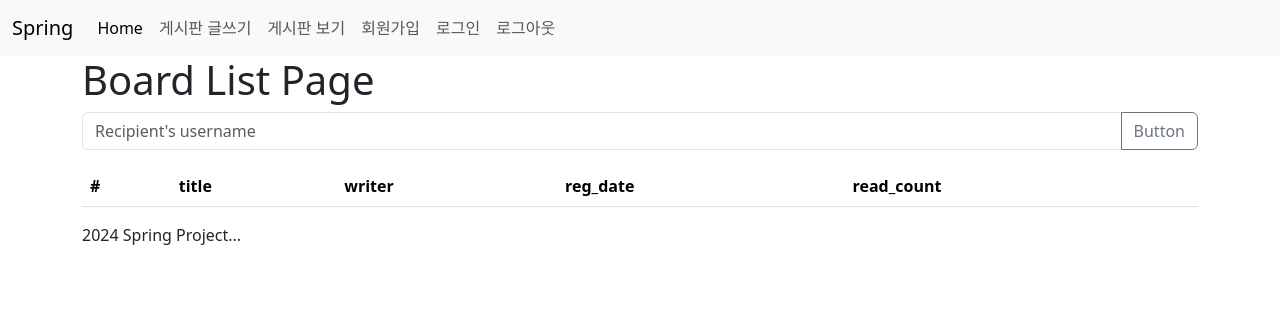
Repository: dhalfks/springTest240430
Page: http://localhost/spring_study/WEB-INF/views/board/list.jsp
The author's editor kept a copy of each file at every save. The page is drawn from the files as they stood at one save, then again after the next save.
The browser window is 1280 px wide. The pictures show the whole page.
The page is served by Tomcat 9. Nobody is signed in. The template is opened directly, without the code that normally fills it, so the values that code supplies are empty.

Above is the page before, as saved 2024-04-24 08:10:59.

### spring_study/src/main/webapp/WEB-INF/views/board/list.jsp
<%@ page language="java" contentType="text/html; charset=UTF-8"
    pageEncoding="UTF-8"%>
    <%@ taglib uri="http://java.sun.com/jsp/jstl/core" prefix="c"%>

<jsp:include page="../layout/header.jsp" />
<div class="container-md">
	<h1>Board List Page</h1>
	<!-- 검색라인 -->
	<form action="">
		<div class="input-group mb-3">
		  <input type="text" class="form-control" placeholder="Recipient's username" aria-label="Recipient's username" aria-describedby="button-addon2">
		  <button class="btn btn-outline-secondary" type="button" id="button-addon2">Button</button>
		</div>
	</form>

	<table class="table table-hover">
		<thead>
			<tr>
				<th>#</th>
				<th>title</th>
				<th>writer</th>
				<th>reg_date</th>
				<th>read_count</th>
			</tr>
		</thead>
		<tbody>
			<c:forEach items="${list }" var="bvo">
				<tr>
					<td>${bvo.bno }</td>
					<td><a href="/board/detail?bno=${bvo.bno }">${bvo.title }</a></td>
					<td>${bvo.writer }</td>
					<td>${bvo.reg_date }</td>
					<td>${bvo.read_count }</td>
				</tr>
			</c:forEach>
		</tbody>
	</table>

	<!-- 페이지네이션라인  -->


</div>
<jsp:include page="../layout/footer.jsp" />

### spring_study/src/main/webapp/WEB-INF/views/layout/header.jsp
<%@ page language="java" contentType="text/html; charset=UTF-8"
    pageEncoding="UTF-8"%>
<!DOCTYPE html>
<html>
<head>
<meta charset="UTF-8">
<title>header.jsp</title>
<link href="https://cdn.jsdelivr.net/npm/bootstrap@5.3.3/dist/css/bootstrap.min.css" rel="stylesheet" integrity="sha384-QWTKZyjpPEjISv5WaRU9OFeRpok6YctnYmDr5pNlyT2bRjXh0JMhjY6hW+ALEwIH" crossorigin="anonymous">
<script src="https://cdn.jsdelivr.net/npm/bootstrap@5.3.3/dist/js/bootstrap.bundle.min.js" integrity="sha384-YvpcrYf0tY3lHB60NNkmXc5s9fDVZLESaAA55NDzOxhy9GkcIdslK1eN7N6jIeHz" crossorigin="anonymous"></script>
</head>
<body>
<nav class="navbar navbar-expand-lg bg-body-tertiary">
  <div class="container-fluid">
    <a class="navbar-brand" href="#">Spring</a>
    <button class="navbar-toggler" type="button" data-bs-toggle="collapse" data-bs-target="#navbarSupportedContent" aria-controls="navbarSupportedContent" aria-expanded="false" aria-label="Toggle navigation">
      <span class="navbar-toggler-icon"></span>
    </button>
    <div class="collapse navbar-collapse" id="navbarSupportedContent">
      <ul class="navbar-nav me-auto mb-2 mb-lg-0">
        <li class="nav-item">
          <a class="nav-link active" aria-current="page" href="/">Home</a>
        </li>
        <li class="nav-item">
          <a class="nav-link" href="/board/register">게시판 글쓰기</a>
        </li>
        <li class="nav-item">
          <a class="nav-link" href="/board/list">게시판 보기</a>
        </li>
        <li class="nav-item">
          <a class="nav-link" href="#">회원가입</a>
        </li>
        <li class="nav-item">
          <a class="nav-link" href="#">로그인</a>
        </li>
        <li class="nav-item">
          <a class="nav-link" href="#">로그아웃</a>
        </li>
       </ul>
    </div>
  </div>
</nav>

### spring_study/src/main/webapp/WEB-INF/views/layout/footer.jsp
<%@ page language="java" contentType="text/html; charset=UTF-8"
    pageEncoding="UTF-8"%>

<div class="container-md">
 	2024 Spring Project...
</div>

</body>
</html>

After the next save:
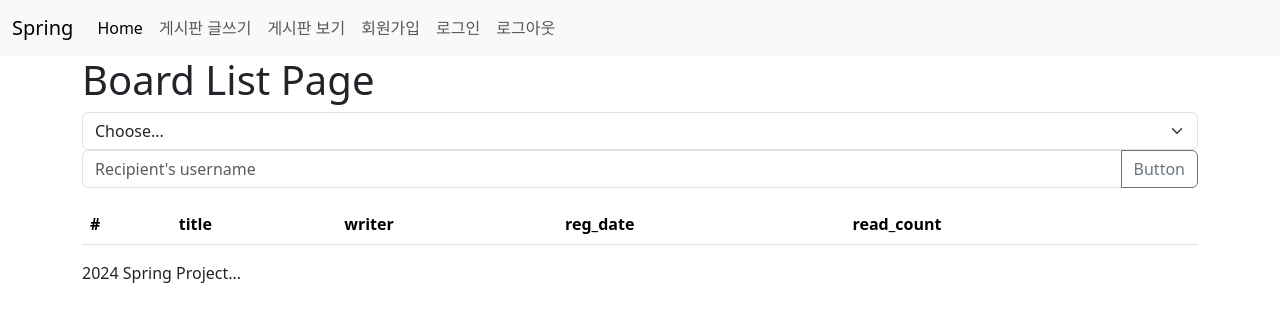
Saved 41 s later.
--- a/spring_study/src/main/webapp/WEB-INF/views/board/list.jsp
+++ b/spring_study/src/main/webapp/WEB-INF/views/board/list.jsp
@@ -7,6 +7,15 @@
 	<h1>Board List Page</h1>
 	<!-- 검색라인 -->
 	<form action="">
+		<div class="col-auto">
+		    <label class="visually-hidden" for="autoSizingSelect">Preference</label>
+		    <select class="form-select" id="autoSizingSelect">
+		      <option selected>Choose...</option>
+		      <option value="1">One</option>
+		      <option value="2">Two</option>
+		      <option value="3">Three</option>
+		    </select>
+		  </div>
 		<div class="input-group mb-3">
 		  <input type="text" class="form-control" placeholder="Recipient's username" aria-label="Recipient's username" aria-describedby="button-addon2">
 		  <button class="btn btn-outline-secondary" type="button" id="button-addon2">Button</button>
